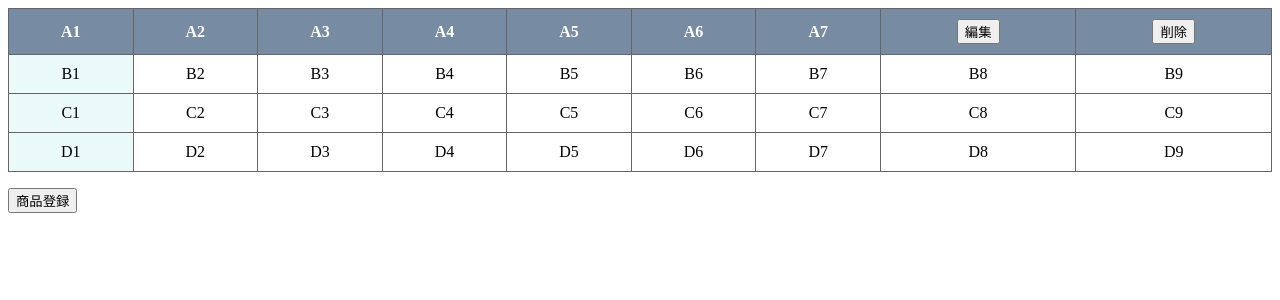
Repository: terasaki-yoshiaki/java-task4
Page: http://localhost/InventoryList
These files come from the project's save history. The page is drawn as it stood at one moment and after the next save; the edit follows.
The browser window is 1280 px wide. The pictures show the whole page.
The page is this project's Thymeleaf template; nobody is signed in. The template is opened directly, without the code that normally fills it, so the values that code supplies are empty.

Above is the page before, as saved 2024-08-29 09:26:44.

After the next save:
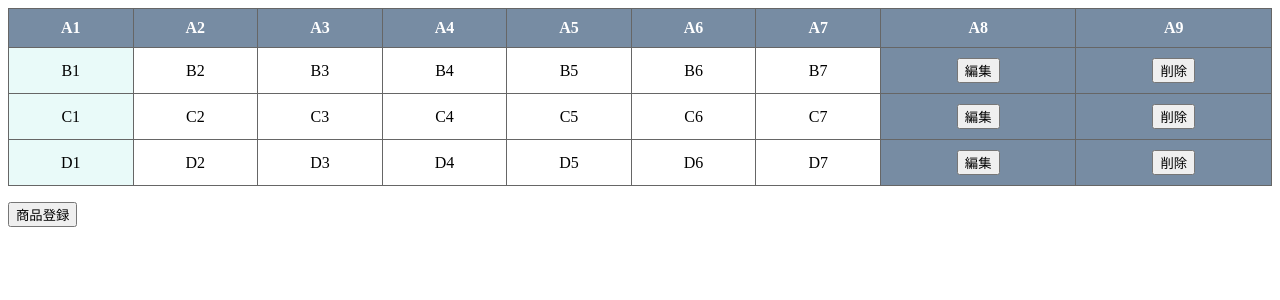
Saved 76 s later.
--- a/Inventory/src/main/resources/templates/InventoryList.html
+++ b/Inventory/src/main/resources/templates/InventoryList.html
@@ -35,8 +35,8 @@
 	  <th>A5</th>
 	  <th>A6</th>
 	  <th>A7</th>
-	  <th><input type="submit" id="b1" value="編集" onclick="check()" formaction="/create"></th>
-	  <th><input type="submit" id="b1" value="削除" onclick="check()" formaction="/create"></th>
+	  <th>A8</th>
+	  <th>A9</th>
 	  </tr>
 	 <tr>
 	  <td>B1</td>
@@ -46,8 +46,8 @@
 	  <td>B5</td>
 	  <td>B6</td>
 	  <td>B7</td>
-	  <td>B8</td>
-	  <td>B9</td>
+	  <th><input type="submit" id="b1" value="編集" onclick="check()" formaction="/create"></th>
+	    <th><input type="submit" id="b1" value="削除" onclick="check()" formaction="/create"></th>
 	 </tr>
 	 <tr>
 	  <td>C1</td>
@@ -57,8 +57,8 @@
 	  <td>C5</td>
 	  <td>C6</td>
 	  <td>C7</td>
-	  <td>C8</td>
-	  <td>C9</td>
+	  <th><input type="submit" id="b1" value="編集" onclick="check()" formaction="/create"></th>
+	    <th><input type="submit" id="b1" value="削除" onclick="check()" formaction="/create"></th>
 	 </tr>
 	 <tr>
 	  <td>D1</td>
@@ -68,8 +68,8 @@
 	  <td>D5</td>
 	  <td>D6</td>
 	  <td>D7</td>
-	  <td>D8</td>
-	  <td>D9</td>
+	  <th><input type="submit" id="b1" value="編集" onclick="check()" formaction="/create"></th>
+	    <th><input type="submit" id="b1" value="削除" onclick="check()" formaction="/create"></th>
 	 </tr>
 	</table>
 
